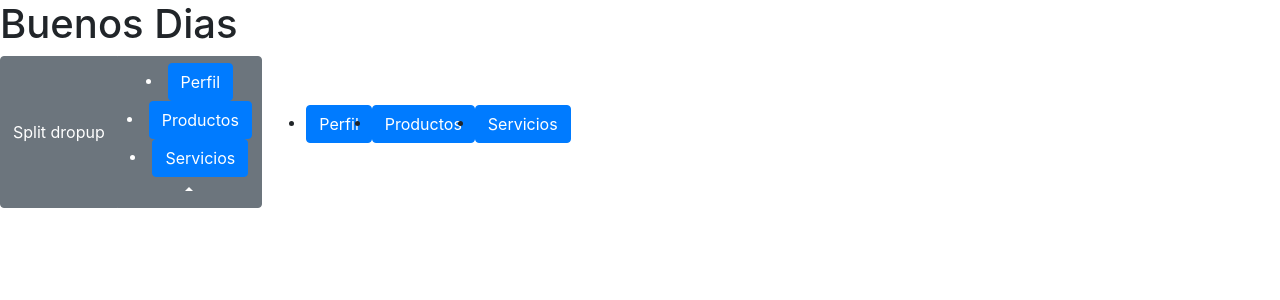
Repository: Alemartinez97/New-Repository
Page: programacion-3/tp4/index.html
These files come from the project's save history. The page is drawn as it stood at one moment and after the next save; the edit follows.
The browser window is 1280 px wide. The pictures show the whole page.

Above is the page before, as saved 2020-06-11 15:26:00.

After the next save:
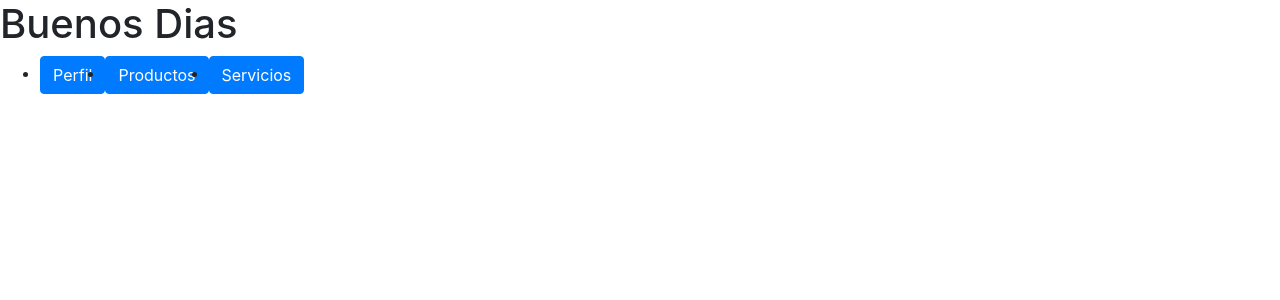
Saved 26 s later.
--- a/programacion-3/tp4/index.html
+++ b/programacion-3/tp4/index.html
@@ -8,20 +8,6 @@
 </head>
 <body>
   <h1 class="h1">Buenos Dias</h1>
-  <div class="btn-group dropup">
-    <button type="button" class="btn btn-secondary">
-      Split dropup
-    </button>
-    <button type="button" class="btn btn-secondary dropdown-toggle dropdown-toggle-split" data-toggle="dropdown" aria-haspopup="true" aria-expanded="false">
-      <span class="sr-only">Toggle Dropdown</span>
-      <li><a href="./tareas/lista.html" class="btn btn-primary">Perfil</a></li>
-    <li><a href="producto.html" class="btn btn-primary">Productos</a></li>
-    <li><a href="servicio.html" class="btn btn-primary">Servicios</a></li>
-    </button>
-    <div class="dropdown-menu">
-      <!-- Dropdown menu links -->
-    </div>
-  </div>
   <ul  class="btn-group dropup">
     <li><a href="./tareas/lista.html" class="btn btn-primary">Perfil</a></li>
     <li><a href="producto.html" class="btn btn-primary">Productos</a></li>
